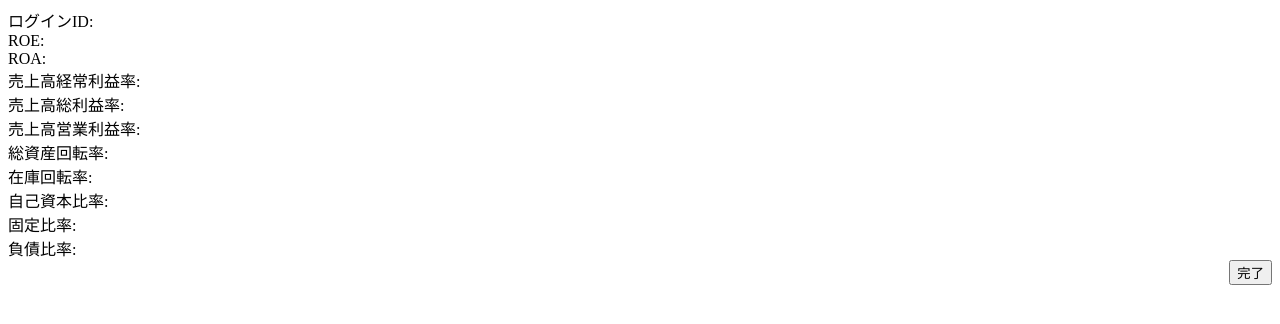
Repository: esk04/Keisanchan
Page: http://localhost/Keisanchan/keisanResult.jsp
The author's editor kept a copy of each file at every save. The page is drawn from the files as they stood at one save, then again after the next save.
The browser window is 1280 px wide. The pictures show the whole page.
The page is served by Tomcat 9. Other server files are loaded and not shown.

Above is the page before, as saved 2018-08-20 04:37:46.

### Keisanchan/WebContent/keisanResult.jsp
<%@ page language="java" contentType="text/html; charset=UTF-8"
    pageEncoding="UTF-8"%>
<%@ taglib prefix="s" uri="/struts-tags" %>
<!DOCTYPE html>

<html>
<head>
<meta http-equiv="Content-Type" content="text/html; charset=UTF-8">
<title>計算結果</title>
</head>
<body>

<label>ログインID:</label>
		 <s:property value="roe"/><br>
		 <label>ROE:</label>
		 <s:property value="roa"/><br>
		 <label>ROA:</label>
		 <s:property value="uriage_keijo_ratio"/><br>
		 <label>売上高経常利益率:</label>
		 <s:property value="uriage_sori_ratio"/><br>
		 <label>売上高総利益率:</label>
		 <s:property value="uriage_eigyo_ratio"/><br>
		 <label>売上高営業利益率:</label>

		 <s:property value="total_kaiten_ratio"/><br>
		 <label>総資産回転率:</label>
		 <s:property value="zaiko_kaiten_ratio"/><br>
		 <label>在庫回転率:</label>

		 <s:property value="ryudo_ratio"/><br>
		 <label>自己資本比率:</label>
		 <s:property value="zikoshi_ratio"/><br>
		 <label>固定比率:</label>
		 <s:property value="kotei_ratio"/><br>
		 <label>負債比率:</label>
		 <s:property value="fusai_ratio"/><br>

		 <s:submit value="完了" />




</body>
</html>

After the next save:
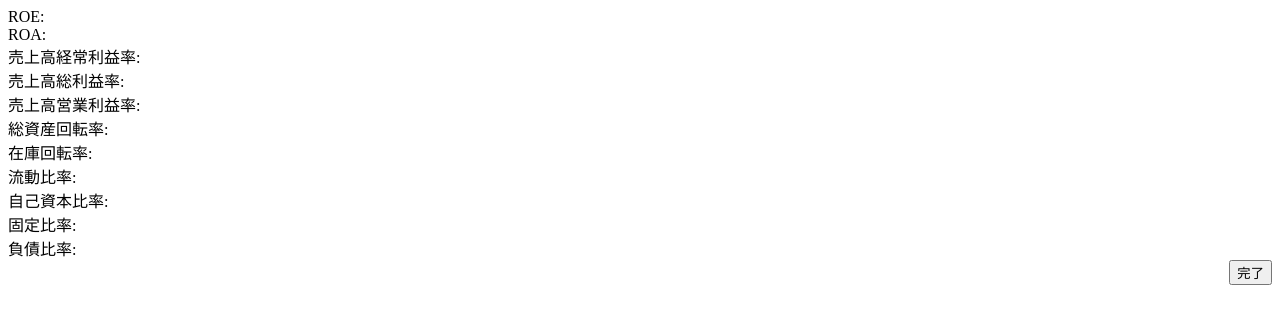
Saved 8 s later.
--- a/Keisanchan/WebContent/keisanResult.jsp
+++ b/Keisanchan/WebContent/keisanResult.jsp
@@ -10,23 +10,21 @@
 </head>
 <body>
 
-<label>ログインID:</label>
+<label>ROE:</label>
 		 <s:property value="roe"/><br>
-		 <label>ROE:</label>
+		 <label>ROA:</label>
 		 <s:property value="roa"/><br>
-		 <label>ROA:</label>
+		 <label>売上高経常利益率:</label>
 		 <s:property value="uriage_keijo_ratio"/><br>
-		 <label>売上高経常利益率:</label>
+		 <label>売上高総利益率:</label>
 		 <s:property value="uriage_sori_ratio"/><br>
-		 <label>売上高総利益率:</label>
+		 <label>売上高営業利益率:</label>
 		 <s:property value="uriage_eigyo_ratio"/><br>
-		 <label>売上高営業利益率:</label>
-
+		 <label>総資産回転率:</label>
 		 <s:property value="total_kaiten_ratio"/><br>
-		 <label>総資産回転率:</label>
+		 <label>在庫回転率:</label>
 		 <s:property value="zaiko_kaiten_ratio"/><br>
-		 <label>在庫回転率:</label>
-
+		 <label>流動比率:</label>
 		 <s:property value="ryudo_ratio"/><br>
 		 <label>自己資本比率:</label>
 		 <s:property value="zikoshi_ratio"/><br>
